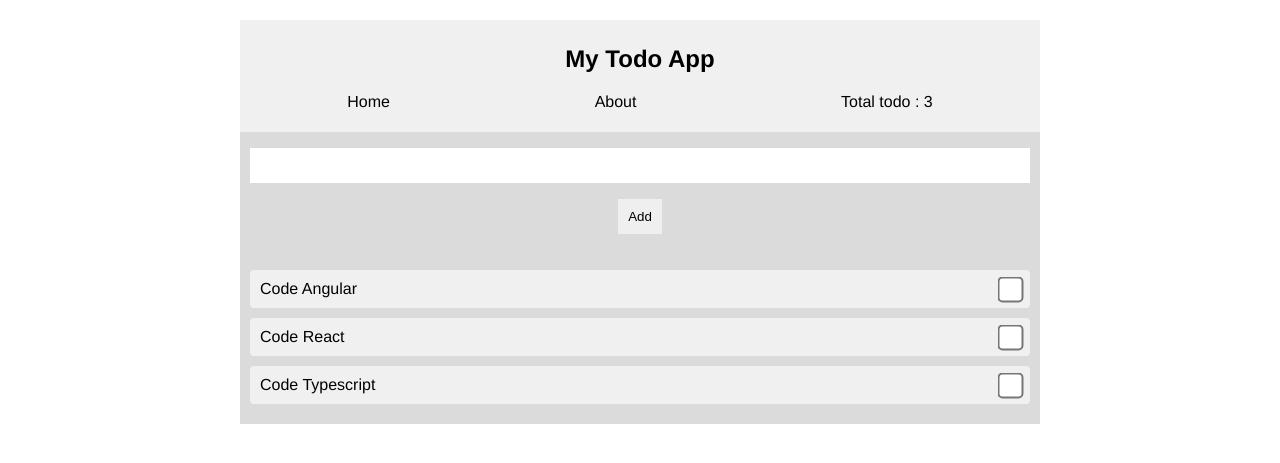
Repository: DTien93/Todo-Typescript
Page: / (app in my-app/)
The author's editor kept a copy of each file at every save. The page is drawn from the files as they stood at one save, then again after the next save.
The browser window is 1280 px wide. The pictures show the whole page.
The project was rebuilt for these pictures with package versions that can differ from the ones it lists, and the page was loaded fresh each time. Imported but missing from the stored project, and not drawn on this page: my-app/src/serviceWorker.

Above is the page before, as saved 2021-10-16 22:16:49.

### my-app/src/index.tsx
import React from 'react';
import ReactDOM from 'react-dom';
import './index.css';
import App from './App';
import store from './store'
import { Provider } from 'react-redux';
import * as serviceWorker from './serviceWorker';

ReactDOM.render(
  <React.StrictMode>
    <Provider store={store}>
      <App />
      </Provider>
  </React.StrictMode>,
  document.getElementById('root')
);

// If you want your app to work offline and load faster, you can change
// unregister() to register() below. Note this comes with some pitfalls.
// Learn more about service workers: https://bit.ly/CRA-PWA
serviceWorker.unregister();

### my-app/src/index.css
.App {
  font-family: Avenir, Helvetica, Arial, sans-serif;
  -webkit-font-smoothing: antialiased;
  -moz-osx-font-smoothing: grayscale;
  background: rgb(219, 219, 219);
  margin: 20px auto;
  width: 90%;
  max-width: 800px;
 }

### my-app/src/App.tsx
import React from 'react'
import './App.css'
import './index.css'
import Navbar from './components/Navbar'
import Todos from './components/Todos'
const App = () => {
  return (
    <div className='App'>
      <Navbar />
      <Todos/>
    </div>
  )
}

export default App

### my-app/src/store/index.ts
import { configureStore } from '@reduxjs/toolkit'
import todosReducer  from './reducers/TodoSlice'

// Create store save data
const store = configureStore({
    reducer: {
        todosReducer
    }
})

// Export store
export default  store

### my-app/src/App.css
.todo-list ul {
  padding: 0 10px 10px 10px;
  list-style-type: none;
 }

 .todo-list li {
  padding: 10px;
  cursor: pointer;
  margin: 10px 0;
  border-radius: 4px;
  background: rgb(240, 240, 240);
  color: black;
 }

 .todo-list li input[type='checkbox'] {
  -ms-transform: scale(2); /* IE */
  -moz-transform: scale(2); /* FF */
  -webkit-transform: scale(2); /* Safari and Chrome */
  -o-transform: scale(2); /* Opera */
  transform: scale(2);
  padding: 10px;
  float: right;
 }

 .todo-list li.completed {
  background: rgb(119, 218, 243);
 }

 .todo-list li button {
  float: right;
  margin-right: 20px;
 }

 .todo-list li button:hover {
  cursor: pointer;
  background: red;
  color: white;
 }

 /* Navbar */
 .navbar {
  padding: 5px;
  text-align: center;
  background: rgb(240, 240, 240);
  color: black;
 }

 .navbar ul {
  display: flex;
  justify-content: space-around;
  align-items: center;
  list-style: none;
  padding: 0;
 }

 /* TodoForm */
 form {
  padding: 10px;
 }

 input[type='text'] {
  width: 100%;
  box-sizing: border-box;
  padding: 10px;
  margin: 6px 0;
  border: 0;
 }

 input[type='submit'] {
  margin: 10px auto;
  padding: 10px;
  border: 0;
  display: block;
 }

### my-app/src/components/Navbar.tsx
import React from 'react'
import { todosSelector } from '../store/reducers/TodoSlice'
import { useSelector } from 'react-redux'

const Navbar = () => {
    const todos = useSelector(todosSelector)
    return (
        <div className='navbar'>
            <h2>My Todo App</h2>
            <ul>
                <li>Home</li>
                <li>About</li>
                <li>Total todo : {todos.length}</li>
            </ul>
        </div>
    )
}

export default Navbar

### my-app/src/components/Todos.tsx
import React  from 'react'
import { useSelector } from 'react-redux'
import { todosSelector } from '../store/reducers/TodoSlice'
import TodoForm from './TodoForm'

const Todos = () => {
    const todos = useSelector(todosSelector)
    return (
        <div className='todo-list'>
            <TodoForm/>
            <ul>
            {
                todos.map((todo: { title: string, id: number, completed: boolean }) => (
                    <li key={todo.id}>
                        {todo.title}
                        <input type="checkbox" checked={todo.completed } />
                    </li>
                ))
            }
          </ul>
        </div>
    )
}

export default Todos

### my-app/src/store/reducers/TodoSlice.tsx
import { createSlice, nanoid } from '@reduxjs/toolkit'

interface TodoState {
    allTodos: {} | any,
}

const initialState: TodoState = {
    allTodos: [
        {
            id: 1,
            title: 'Code Angular',
            completed: false
        },
        {
            id: 2,
            title: 'Code React',
            completed: false
        },
        {
            id: 3,
            title: 'Code Typescript',
            completed: false
        }
    ]
}

export const todoSlice = createSlice({
    name: 'todos',
    initialState,
    reducers: {
        addTodo: {
            reducer(state, action) {
                state.allTodos.unshift( action.payload)
            },
            prepare(title: any): any {
                return  {
                    payload: {
                        id: nanoid(),
                        title,
                        completed: false
                    }
                }
              }
        }
    }
})

// Create Reducer
const todosReducer = todoSlice.reducer

// Selector get data
export const todosSelector = (state: { todosReducer: { allTodos: any } }) => state.todosReducer.allTodos

// Export action
export const { addTodo } = todoSlice.actions

// Export reducers
export default todosReducer

### my-app/src/components/TodoForm.tsx
import React, {useState} from 'react'
import { addTodo } from '../store/reducers/TodoSlice'
// Dispatch action
import { useDispatch } from 'react-redux'


const TodoForm = () => {
    const dispatch = useDispatch()
    const [title, setTitle] = useState('')

    const onChangeTitle = (e: any) => {
        setTitle(e.target.value)
    }

    const onHandleSubmit= (e:any) => {
        e.preventDefault()
        dispatch(addTodo(title))
        setTitle('')
    }

    return (
        <div>
            <form onSubmit={onHandleSubmit}>
                <input type="text" value={title} onChange = {onChangeTitle} />
                <input type="submit" value="Add" />
            </form>
        </div>
    )
}

export default TodoForm

After the next save:
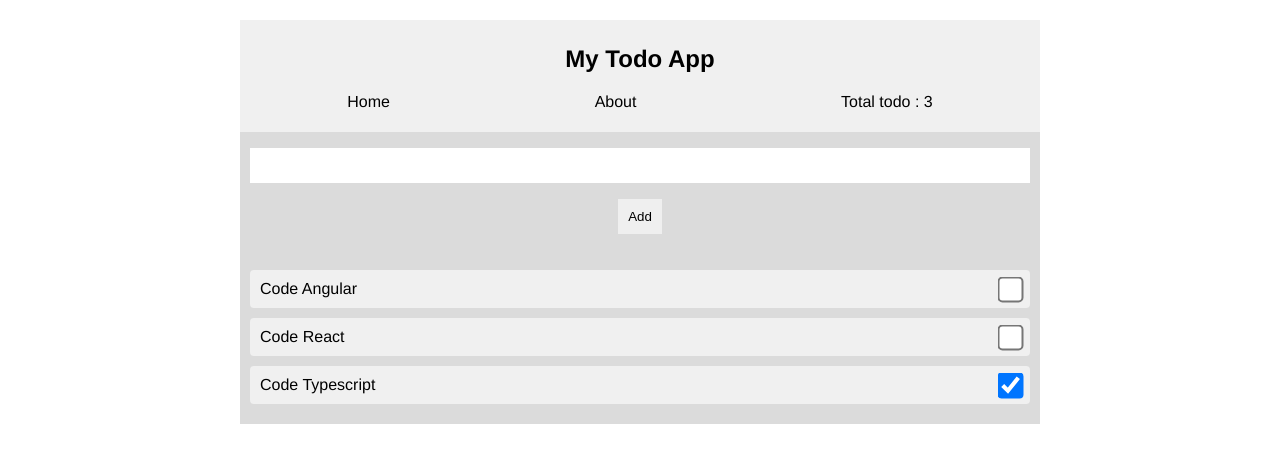
Saved 22 s later.
--- a/my-app/src/store/reducers/TodoSlice.tsx
+++ b/my-app/src/store/reducers/TodoSlice.tsx
@@ -19,7 +19,7 @@ const initialState: TodoState = {
         {
             id: 3,
             title: 'Code Typescript',
-            completed: false
+            completed: true
         }
     ]
 }
